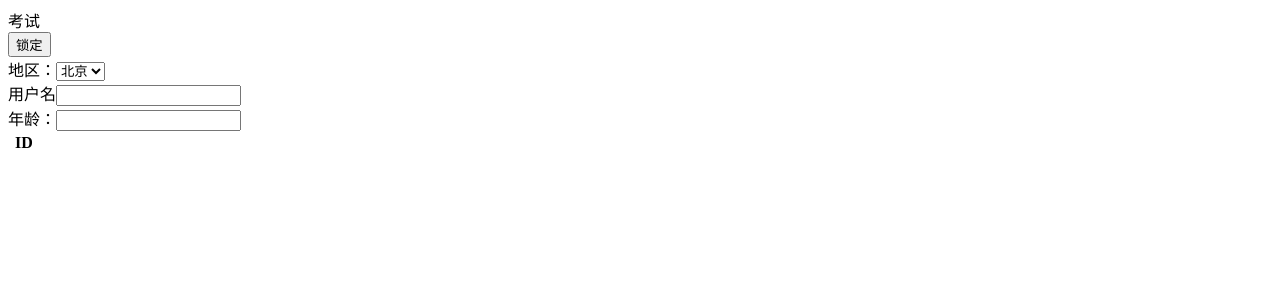
Repository: Sjl-2114/2006z
Page: / (app in A卷/vue-kaoshi/)
An editor plug-in stored every save of this project. The page is shown before and after a run of saves, followed by the edit.
The browser window is 1280 px wide. The pictures show the whole page.
The project was rebuilt for these pictures with package versions that can differ from the ones it lists, and the page was loaded fresh each time.

Above is the page before, as saved 2021-04-28 15:54:02.

### A卷/vue-kaoshi/src/App.vue
<template>
  <div>
    考试
    <br>
    <button>{{das}}</button>
    <br>
    <span>地区：</span>
    <select >
      <option :value="item.name" v-for="(item, index) in list" :key="index">
          {{item.name}}
      </option>
    </select>
    <br>
    <span>用户名</span>
    <input type="text">
    <br>
    <span>年龄：</span>
    <input type="number">
    <br>
    <table>
        <thead>
          <tr>
            <th></th>
            <th>ID</th>
            <th></th>
            <th></th>
            <th></th>
          </tr>
        </thead>

    </table>
  </div>
</template>
<script>
  import data from '../public/data.json'
export default {
  data() {
    return {
      das:'锁定',
      list: data.data,

    }
  },
  methods:{

  },

}
</script>
<style>

</style>

### A卷/vue-kaoshi/public/data.json
{
  "data": [
    {
      "id": 1,
      "name": "北京"
    },
    {
      "id": 2,
      "name": "上海"
    },
    {
      "id": 3,
      "name": "广州"
    },
    {
      "id": 4,
      "name": "成都"
    }
  ]
}

Loaded but not shown: A卷/vue-kaoshi/public/index.html (common file); A卷/vue-kaoshi/src/main.js (common file)

After the next 4 saves:
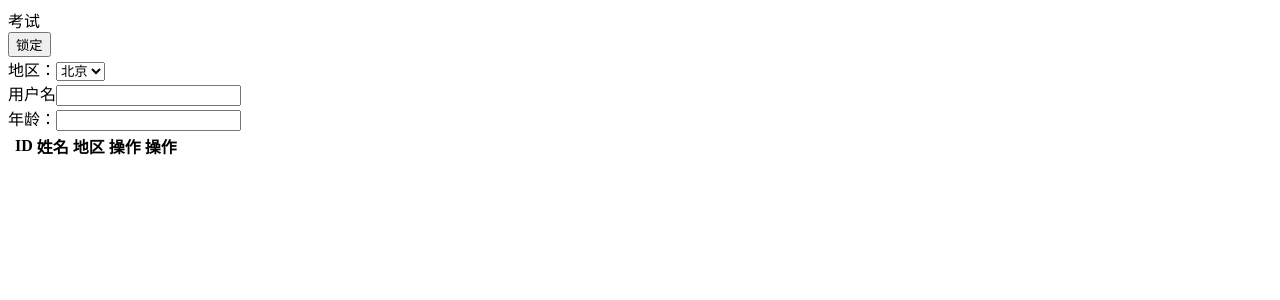
The 4 saves are shown as one change because they came seconds apart.
The last was saved 15 s later.
--- a/A卷/vue-kaoshi/src/App.vue
+++ b/A卷/vue-kaoshi/src/App.vue
@@ -22,9 +22,10 @@
           <tr>
             <th></th>
             <th>ID</th>
-            <th></th>
-            <th></th>
-            <th></th>
+            <th>姓名</th>
+            <th>地区</th>
+            <th>操作</th>
+            <th>操作</th>
           </tr>
         </thead>
 
